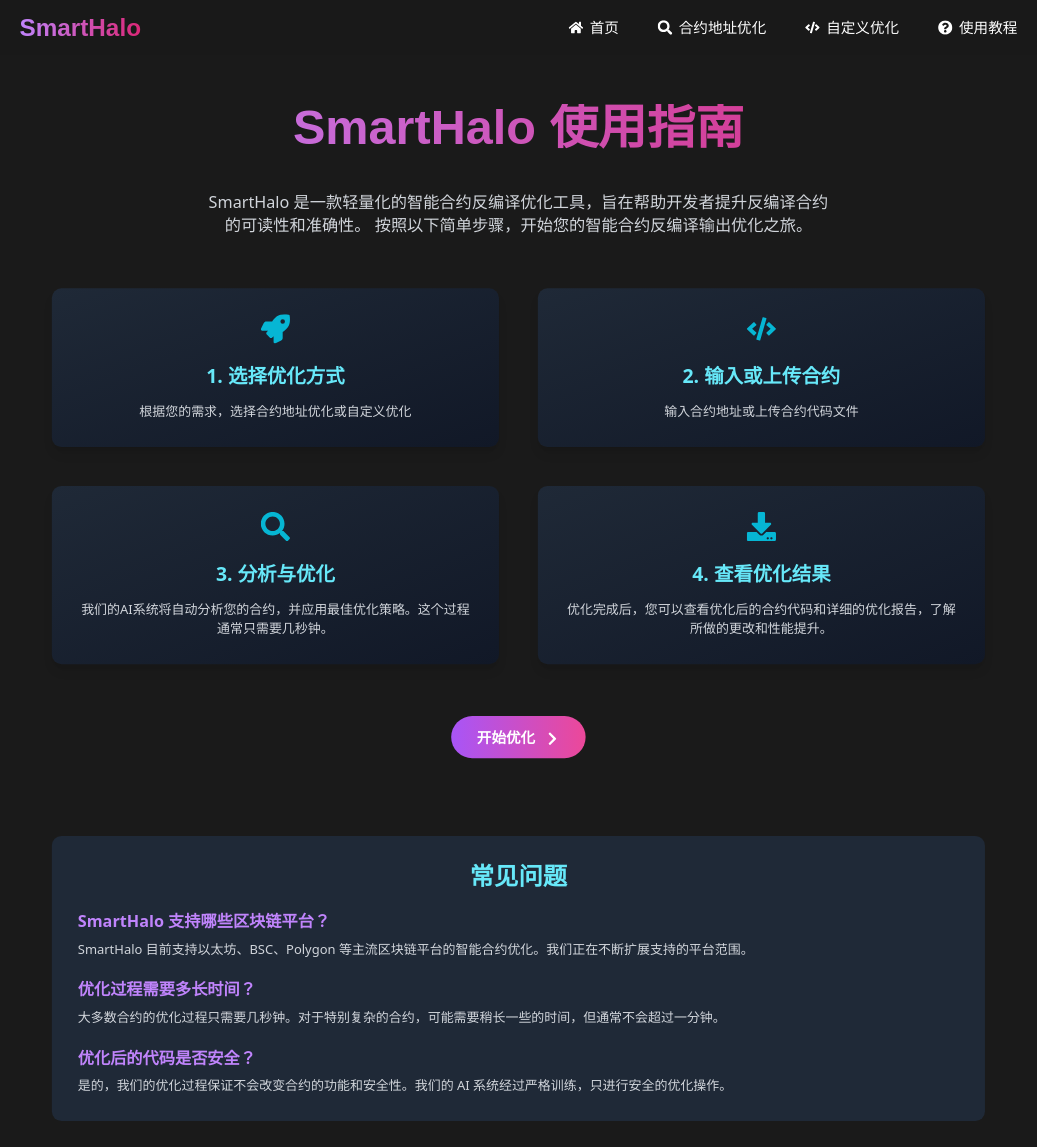
Repository: RunnerQuan/smart-halo
Page: /help
These files come from the project's save history. The page is drawn as it stood at one moment and after the next save; the edit follows.
The browser window is 1280 px wide. The pictures show the whole page, at 81% of full size.
The project was rebuilt for these pictures with package versions that can differ from the ones it lists, and the page was loaded fresh each time. The framework's server and built-in components were replaced by stand-ins that run in the browser. Also part of the build but not shown: next.config.mjs.

Above is the page before, as saved 2024-10-18 15:42:35.

After the next save:
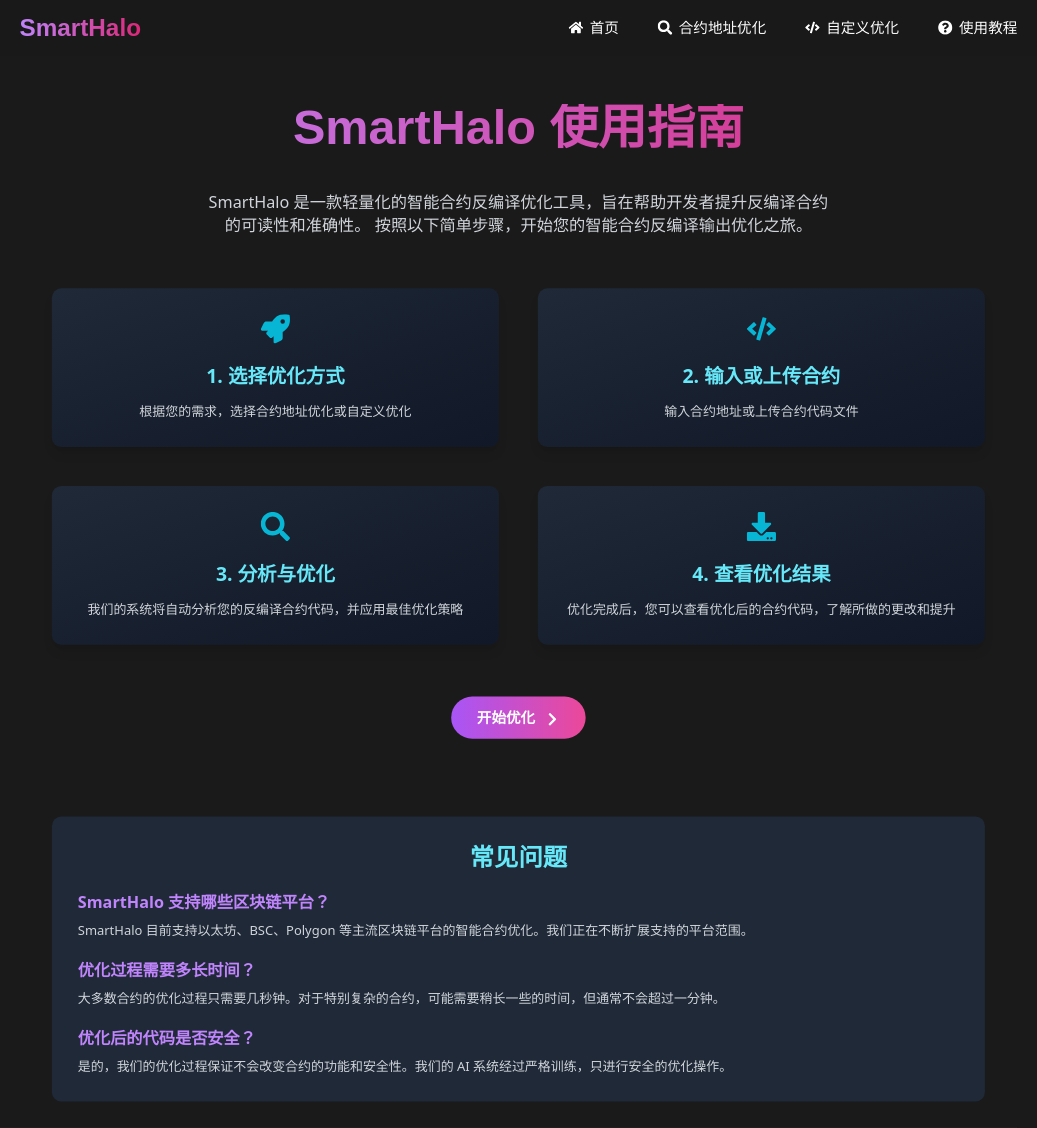
Saved 72 s later.
--- a/app/help/page.tsx
+++ b/app/help/page.tsx
@@ -20,12 +20,12 @@ export default function Help() {
     },
     {
       title: "3. 分析与优化",
-      desc: "我们的AI系统将自动分析您的合约，并应用最佳优化策略。这个过程通常只需要几秒钟。",
+      desc: "我们的系统将自动分析您的反编译合约代码，并应用最佳优化策略",
       icon: <FaSearch className="text-4xl mb-4 text-cyan-500" />
     },
     {
       title: "4. 查看优化结果",
-      desc: "优化完成后，您可以查看优化后的合约代码和详细的优化报告，了解所做的更改和性能提升。",
+      desc: "优化完成后，您可以查看优化后的合约代码，了解所做的更改和提升",
       icon: <FaDownload className="text-4xl mb-4 text-cyan-500" />
     }
   ];
